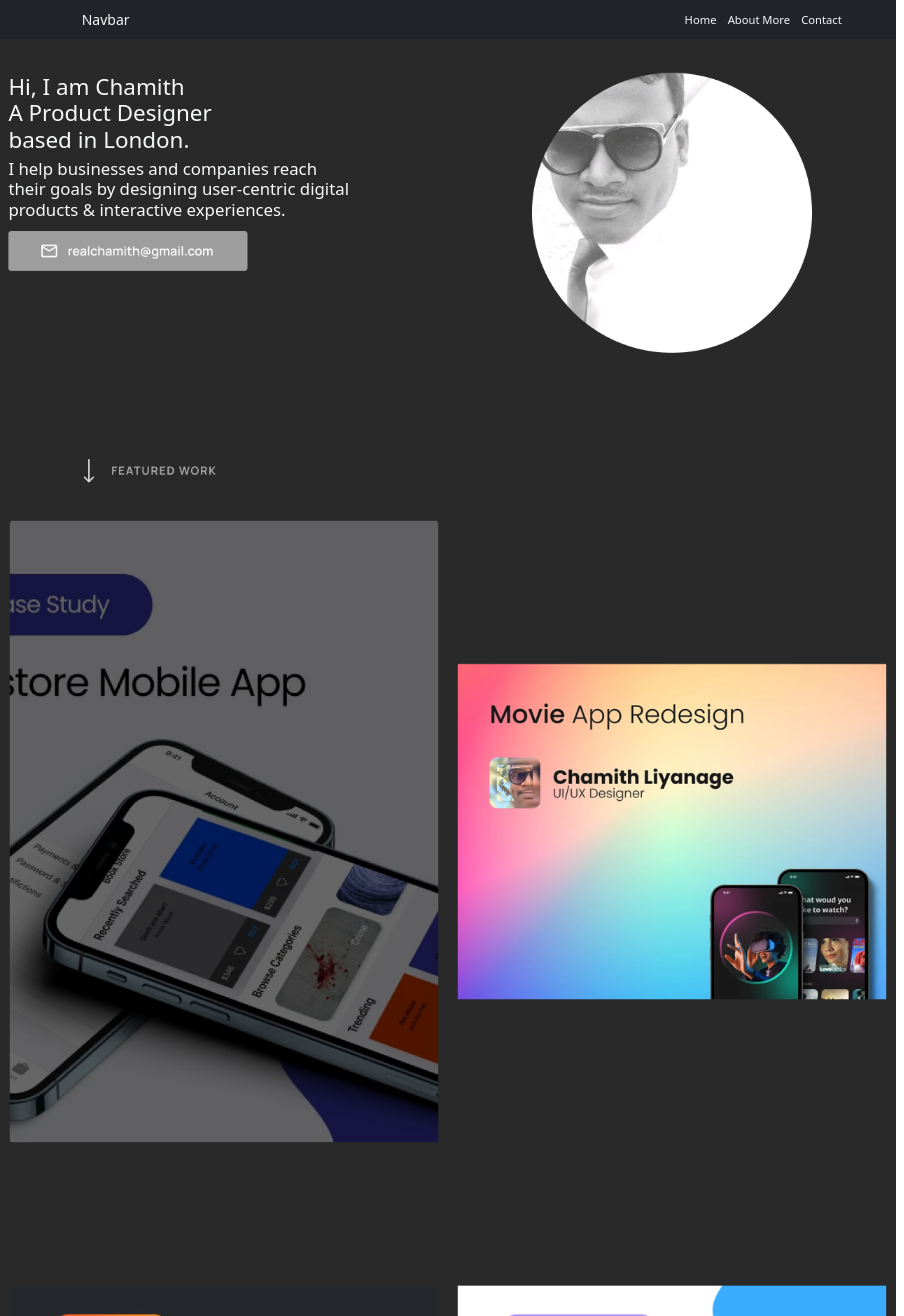
Repository: Realchamithweb/chamith-html
Page: index.html
These files come from the project's save history. The page is drawn as it stood at one moment and after the next save; the edit follows.
The browser window is 1280 px wide. The page is 1292 px wide, so the pictures cover 1292 px, including what lies to the right of the window. The pictures show the part of the page from y = 0 to 1880 px (the page is 4129 px tall), at 70% of full size.

Above is the page before, as saved 2023-01-04 12:09:56.

After the next save:
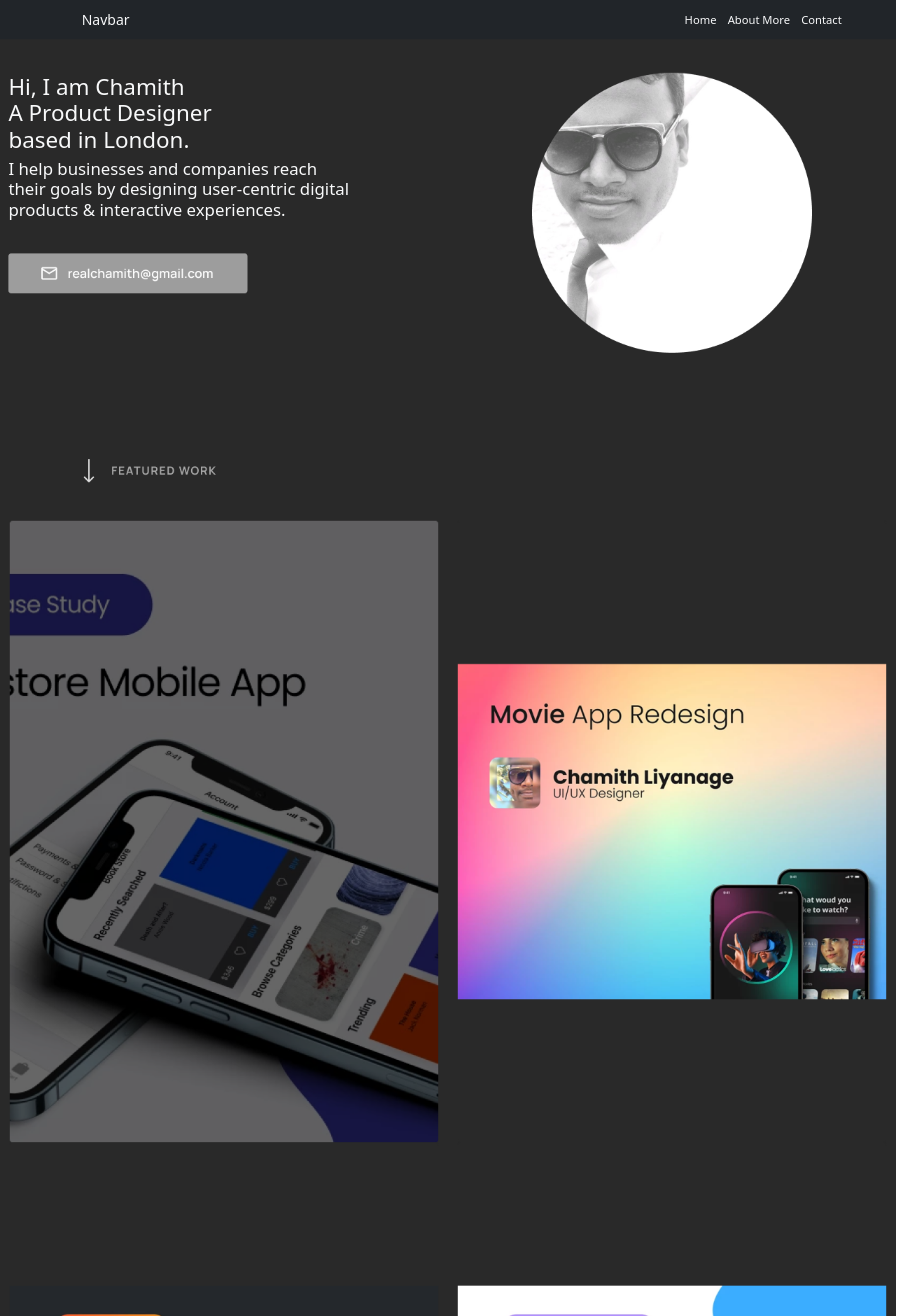
Saved 35 s later.
--- a/index.html
+++ b/index.html
@@ -51,7 +51,7 @@
                                 their goals by designing user-centric digital <br>
                                 products & interactive experiences.
                             </p>
-                            <div class="mt-3">
+                            <div class="mt-5">
                                 <img src="/inc/Btn.png" class="img02">
                             </div>
                         </div>
